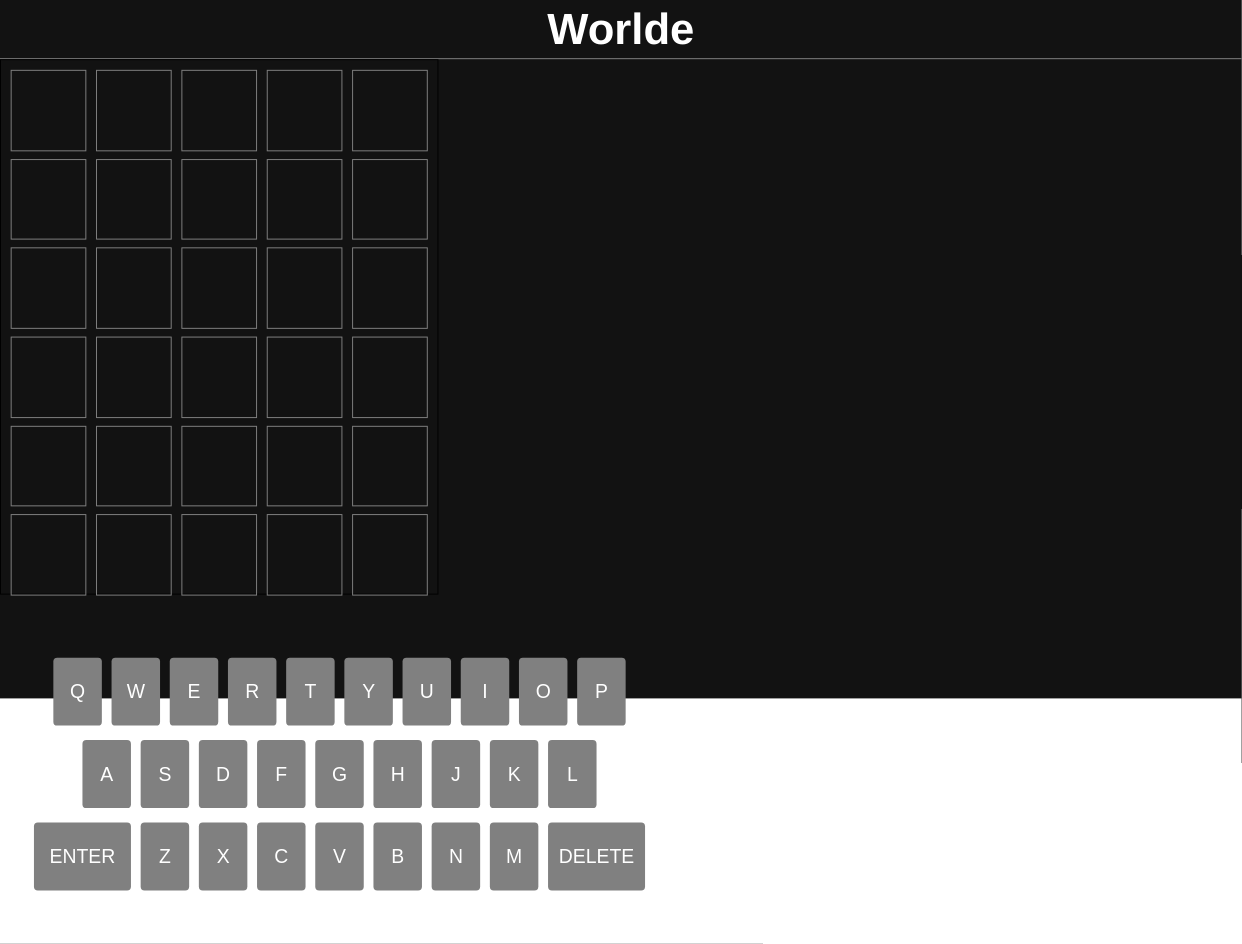
Repository: azizdeghais/Wordle
Page: /
These files come from the project's save history. The page is drawn as it stood at one moment and after the next save; the edit follows.
The browser window is 1280 px wide. The pictures show the whole page, at 97% of full size.
The project was rebuilt for these pictures with package versions that can differ from the ones it lists, and the page was loaded fresh each time.

Above is the page before, as saved 2022-11-30 10:11:12.

### src/App.js
import './App.css';
import Board from './Components/Board';
import Keyboard from './Components/Keyboard';
import {createContext,useState } from 'react'
import {boardDefault} from  "./Words"

export const AppContext = createContext();

function App() {
  const [board,setBoard]=useState(boardDefault);

  return (
    <div className="App">
     <nav><h1>Worlde</h1></nav>
     <AppContext.Provider value={{board,setBoard}}>
     <Board />
     <Keyboard />
     </AppContext.Provider>
    </div>
  );
}

export default App;

### src/Components/Board.js
import React,{useState} from 'react'
import { boardDefault } from '../Words'
import Letter  from './Letter';

function Board() {


  return (
    <div className='board'>
        <div className='row'>
          <Letter letterPos={0} attemptVal={0}></Letter>
          <Letter letterPos={1} attemptVal={0}></Letter>
          <Letter letterPos={2} attemptVal={0}></Letter>
          <Letter letterPos={3} attemptVal={0}></Letter>
          <Letter letterPos={4} attemptVal={0}></Letter>
          </div>
        <div className='row'>
          <Letter letterPos={0} attemptVal={1}></Letter>
          <Letter letterPos={1} attemptVal={1}></Letter>
          <Letter letterPos={2} attemptVal={1}></Letter>
          <Letter letterPos={3} attemptVal={1}></Letter>
          <Letter letterPos={4} attemptVal={1}></Letter>
          </div>
        <div className='row'>
          <Letter letterPos={0} attemptVal={2}></Letter>
          <Letter letterPos={1} attemptVal={2}></Letter>
          <Letter letterPos={2} attemptVal={2}></Letter>
          <Letter letterPos={3} attemptVal={2}></Letter>
          <Letter letterPos={4} attemptVal={2}></Letter>
          </div>
        <div className='row'>
          <Letter letterPos={0} attemptVal={3}></Letter>
          <Letter letterPos={1} attemptVal={3}></Letter>
          <Letter letterPos={2} attemptVal={3}></Letter>
          <Letter letterPos={3} attemptVal={3}></Letter>
          <Letter letterPos={4} attemptVal={3}></Letter>
          </div>
        <div className='row'>
          <Letter letterPos={0} attemptVal={4}></Letter>
          <Letter letterPos={1} attemptVal={4}></Letter>
          <Letter letterPos={2} attemptVal={4}></Letter>
          <Letter letterPos={3} attemptVal={4}></Letter>
          <Letter letterPos={4} attemptVal={4}></Letter>
          </div>
        <div className='row'>
          <Letter letterPos={0} attemptVal={5}></Letter>
          <Letter letterPos={1} attemptVal={5}></Letter>
          <Letter letterPos={2} attemptVal={5}></Letter>
          <Letter letterPos={3} attemptVal={5}></Letter>
          <Letter letterPos={4} attemptVal={5}></Letter>
          </div>
    </div>
  )
}

export default Board

### src/Components/Keyboard.js
import React from "react";
import Key from "./Key";

function Keyboard() {
  const keys1 = ["Q", "W", "E", "R", "T", "Y", "U", "I", "O", "P"];
  const keys2 = ["A", "S", "D", "F", "G", "H", "J", "K", "L"];
  const keys3 = ["Z", "X", "C", "V", "B", "N", "M"];

  return (
    <div className="keyboard">
      <div className="line1">
        {keys1.map((key) => {
          return <Key keyVal={key} />;
        })}
      </div>
      <div className="line2">
        {keys2.map((key) => {
          return <Key keyVal={key}/>;
        })}
      </div>
      <div className="line3">
        <Key keyVal={"ENTER"} bigKey/>
        {keys3.map((key) => {
          return <Key keyVal={key} />;
        })}
        <Key keyVal={"DELETE"} bigKey />
      </div>
    </div>
  );
}

export default Keyboard;

### src/Words.js
export const boardDefault = [
    ["", "", "", "", ""],
    ["", "", "", "", ""],
    ["", "", "", "", ""],
    ["", "", "", "", ""],
    ["", "", "", "", ""],
    ["", "", "", "", ""],
  ];

### src/Components/Letter.js
import React,{useContext} from 'react'
import App, {AppContext} from '../App'

function Letter({letterPos,attemptVal}) {
  const {board}=useContext(AppContext);
  const letter = board[attemptVal][letterPos]
  return (
    <div className='letter'>{letter}</div>
  )
}

export default Letter

### src/Components/Key.js
import React from 'react'

function Key({keyVal,bigKey}) {
  return (
    <div className='key' id={bigKey && 'big' }>{keyVal}</div>
  )
}

export default Key

Loaded but not shown: public/index.html (common file); src/index.js (common file); src/reportWebVitals.js (common file); src/App.css (common file)

After the next save:
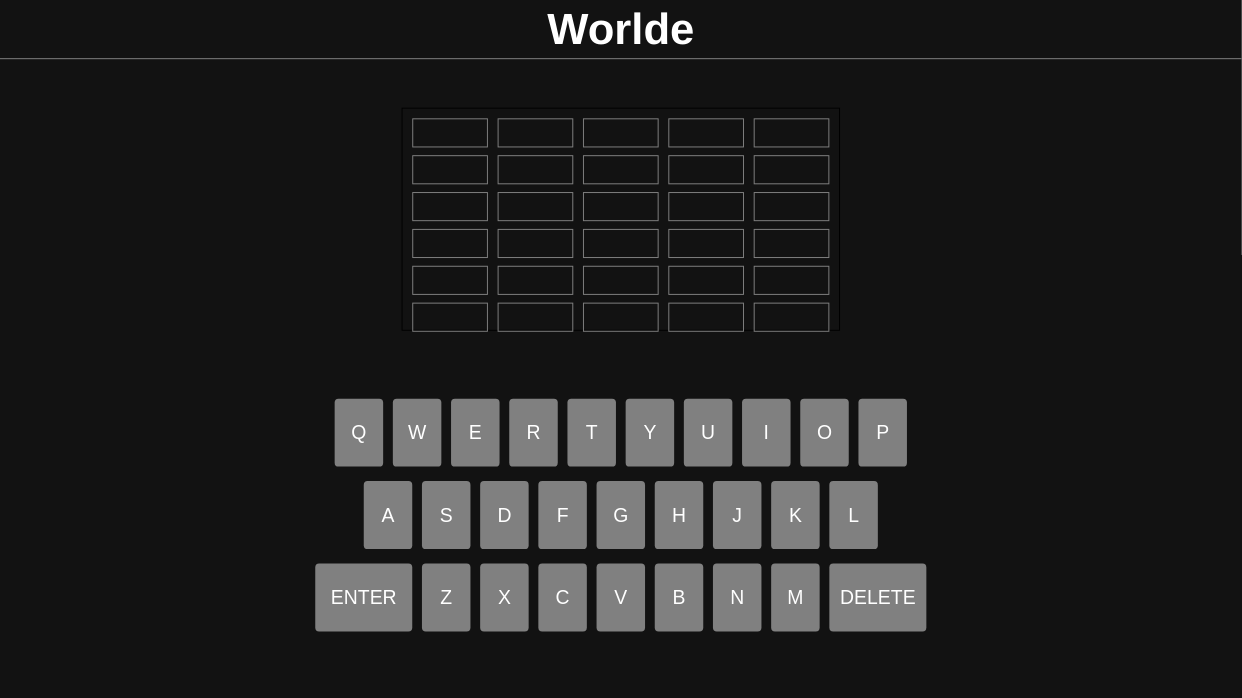
Saved 39 s later.
--- a/src/App.js
+++ b/src/App.js
@@ -1,21 +1,26 @@
-import './App.css';
-import Board from './Components/Board';
-import Keyboard from './Components/Keyboard';
-import {createContext,useState } from 'react'
-import {boardDefault} from  "./Words"
+import "./App.css";
+import Board from "./Components/Board";
+import Keyboard from "./Components/Keyboard";
+import { createContext, useState } from "react";
+import { boardDefault } from "./Words";
 
 export const AppContext = createContext();
 
 function App() {
-  const [board,setBoard]=useState(boardDefault);
+  const [board, setBoard] = useState(boardDefault);
 
   return (
     <div className="App">
-     <nav><h1>Worlde</h1></nav>
-     <AppContext.Provider value={{board,setBoard}}>
-     <Board />
-     <Keyboard />
-     </AppContext.Provider>
+      <nav>
+        <h1>Worlde</h1>
+      </nav>
+
+      <AppContext.Provider value={{ board, setBoard }}>
+        <div className="game">
+          <Board />
+          <Keyboard />
+        </div>
+      </AppContext.Provider>
     </div>
   );
 }
